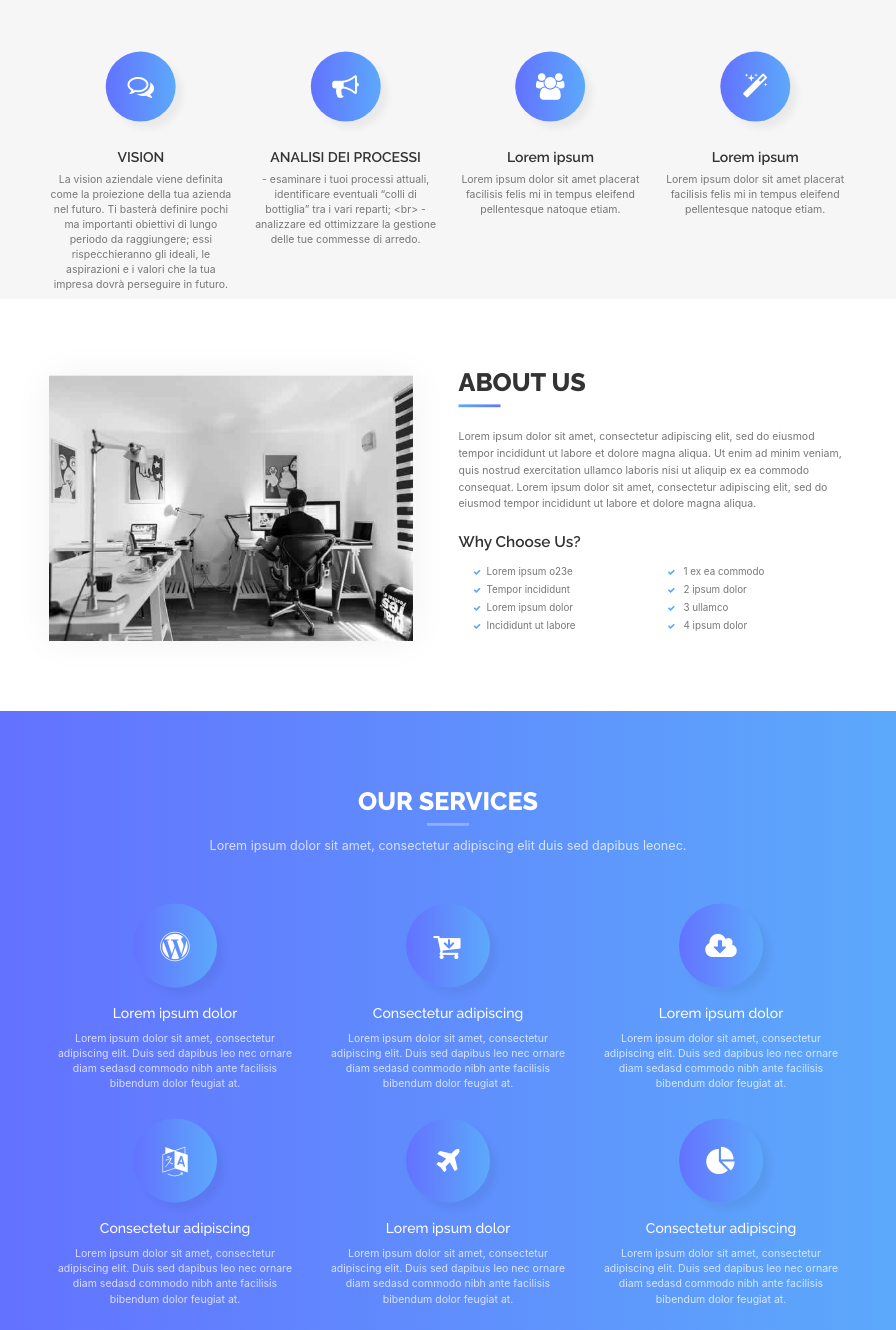
Repository: andrealepori/digitize-reactapp
Page: /
The author's editor kept a copy of each file at every save. The page is drawn from the files as they stood at one save, then again after a run of saves.
The browser window is 1280 px wide. The pictures show the part of the page from y = 1104 to 3004 px (the page is 5696 px tall), at 70% of full size.
The project was rebuilt for these pictures with package versions that can differ from the ones it lists, and the page was loaded fresh each time.

Above is the page before, as saved 2021-09-21 14:52:28.

After the next 2 saves:
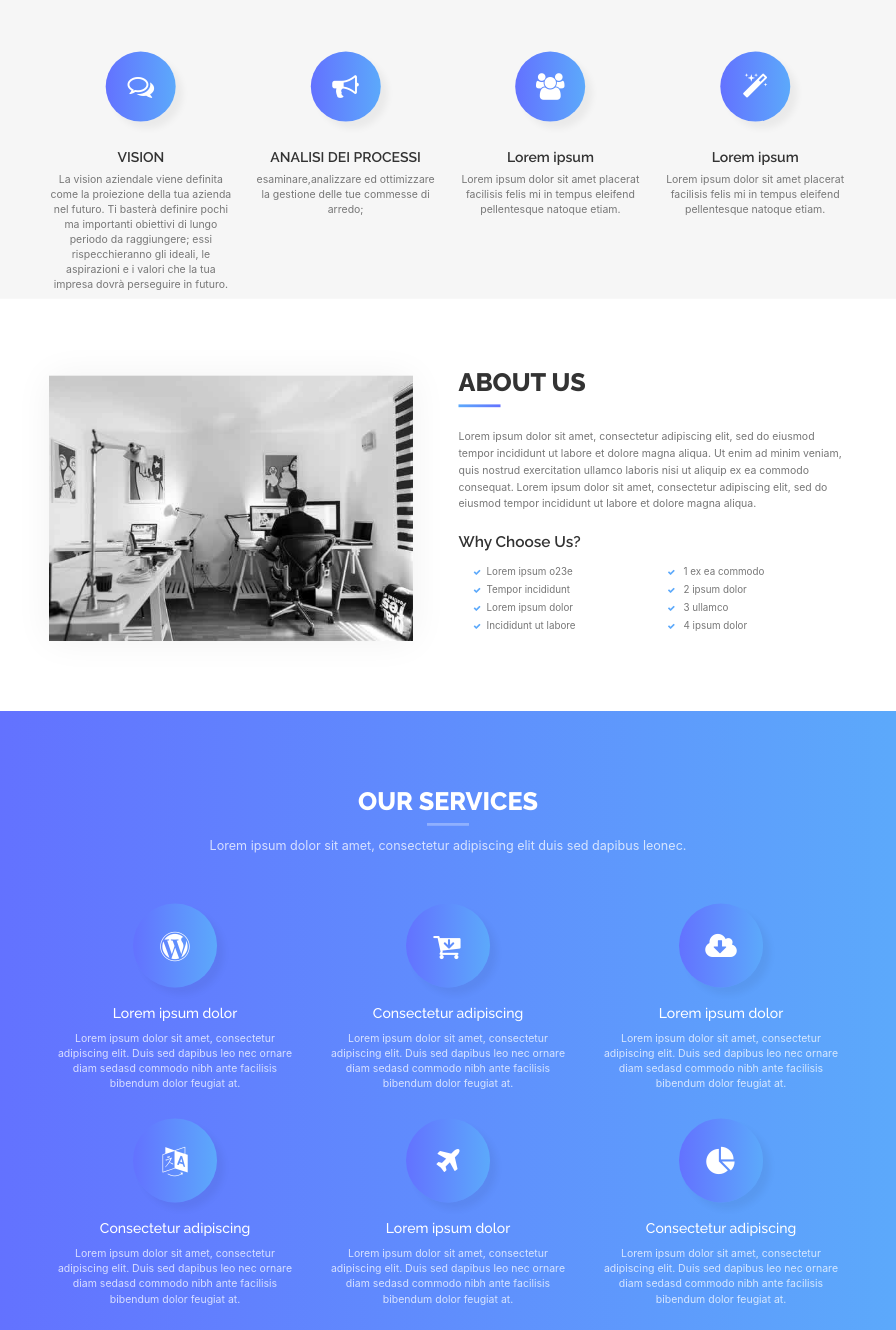
The 2 saves are shown as one change because 1 did not build or start.
The last was saved 37 s later.
--- a/src/data/data.json
+++ b/src/data/data.json
@@ -168,7 +168,7 @@
     {
       "icon": "fa fa-bullhorn",
       "title": "ANALISI DEI PROCESSI",
-      "text": "- esaminare i tuoi processi attuali, identificare eventuali “colli di bottiglia” tra i vari reparti; <br> -analizzare ed ottimizzare la gestione delle tue commesse di arredo. "
+      "text": "esaminare,analizzare ed ottimizzare la gestione delle tue commesse di arredo; "
     },
     {
       "icon": "fa fa-group",
